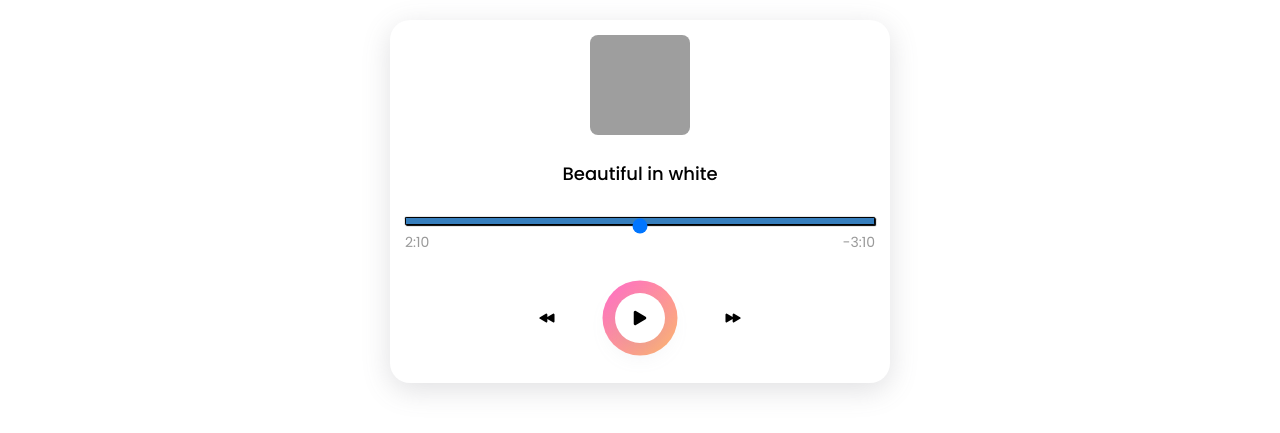
Repository: quyenpv10/mp3__music
Page: index.html
These files come from the project's save history. The page is drawn as it stood at one moment and after the next save; the edit follows.
The browser window is 1280 px wide. The pictures show the whole page.
The first visible `input[type=range]` has the focus.
Pictures or frames that could not be fetched are drawn as grey boxes.

Above is the page before, as saved 2021-12-10 20:22:29.

### index.html
<!DOCTYPE html>
<html lang="en">

<head>
    <meta charset="UTF-8">
    <meta http-equiv="X-UA-Compatible" content="IE=edge">
    <meta name="viewport" content="width=device-width, initial-scale=1.0">
    <title>Mp3 Player</title>
    <link rel="preconnect" href="https://fonts.googleapis.com">
    <link rel="preconnect" href="https://fonts.gstatic.com" crossorigin>
    <link href="https://fonts.googleapis.com/css2?family=Mulish:wght@300;400;500;700&family=Poppins:wght@300;400;500;600;700&display=swap" rel="stylesheet">
    <link rel="stylesheet" href="./app.css">
    <script type="module" src="https://unpkg.com/ionicons@5.5.2/dist/ionicons/ionicons.esm.js"></script>
    <script nomodule src="https://unpkg.com/ionicons@5.5.2/dist/ionicons/ionicons.js"></script>
</head>

<body>
    <div class="music">
        <div class="music-thumb">
            <img src="./images/8L0A0168.jpg" alt="">
        </div>
        <h3 class="music-name">Beautiful in white</h3>
        <input type="range" name="range" id="range" class="range">
        <div class="timer">
            <div class="duration">2:10</div>
            <div class="remaining">-3:10</div>
        </div>
        <div class="controls">
            <ion-icon name="play-back" class="play-back"></ion-icon>
            <div class="play">
                <div class="play-inner">
                    <ion-icon name="play"></ion-icon>
                </div>
            </div>
            <ion-icon name="play-forward" class="play-forward"></ion-icon>

        </div>
    </div>

</body>

</html>

### app.css
html {
    box-sizing: border-box;
}

* {
    margin: 0;
    padding: 0;
}

*,
*:before,
*:after {
    box-sizing: border-box;
}

input,
textarea,
select,
button {
    outline: none;
}

input {
    line-height: normal;
}

label,
button {
    cursor: pointer;
}

a {
    text-decoration: none;
}

img {
    display: block;
    max-width: 100%;
}

body {
    font-family: 'Poppins', sans-serif;
    padding: 20px;
}

.music {
    max-width: 500px;
    margin: 0 auto;
    border-radius: 20px;
    background-color: white;
    box-shadow: rgba(100, 100, 111, 0.2) 0px 7px 29px 0px;
    padding: 15px 15px 40px;
}

.music-thumb {
    width: 100px;
    height: 100px;
    margin: 0 auto 25px;
}

.music-thumb img {
    width: 100%;
    height: 100%;
    object-fit: cover;
    border-radius: 8px;
}

.music-name {
    font-size: 18px;
    font-weight: 500;
    text-align: center;
    margin-bottom: 20px;
}

.timer {
    display: flex;
    justify-content: space-between;
    align-items: center;
    font-size: 14px;
    color: #999;
    margin-bottom: 40px;
}

.controls {
    display: flex;
    justify-content: center;
    align-items: center;
    gap: 0 60px;
}

.play {
    position: relative;
}

.play::before {
    content: "";
    position: absolute;
    inset: 0;
    background-image: linear-gradient(to right bottom, #ff6bcb, #ffb86c);
    transform: scale(1.5);
    border-radius: 100rem;
}

.play-inner {
    width: 50px;
    height: 50px;
    border-radius: 100rem;
    background-color: white;
    display: flex;
    justify-content: center;
    align-items: center;
    cursor: pointer;
    box-shadow: rgba(149, 157, 165, 0.2) 0px 8px 24px;
    font-size: 20px;
    position: relative;
}

.play-back,
.play-forward {
    cursor: pointer;
}

.range {
    -webkit-appearance: none;
    /* Hides the slider so that custom slider can be made */
    width: 100%;
    /* Specific width is required for Firefox. */
    background: transparent;
    /* Otherwise white in Chrome */
}

.range::-webkit-slider-runnable-track {
    width: 100%;
    height: 8.4px;
    cursor: pointer;
    box-shadow: 1px 1px 1px #000000, 0px 0px 1px #0d0d0d;
    background: #3071a9;
    border-radius: 1.3px;
    border: 0.2px solid #010101;
}

input[type=range]:focus::-webkit-slider-runnable-track {
    background: #367ebd;
}

After the next save:
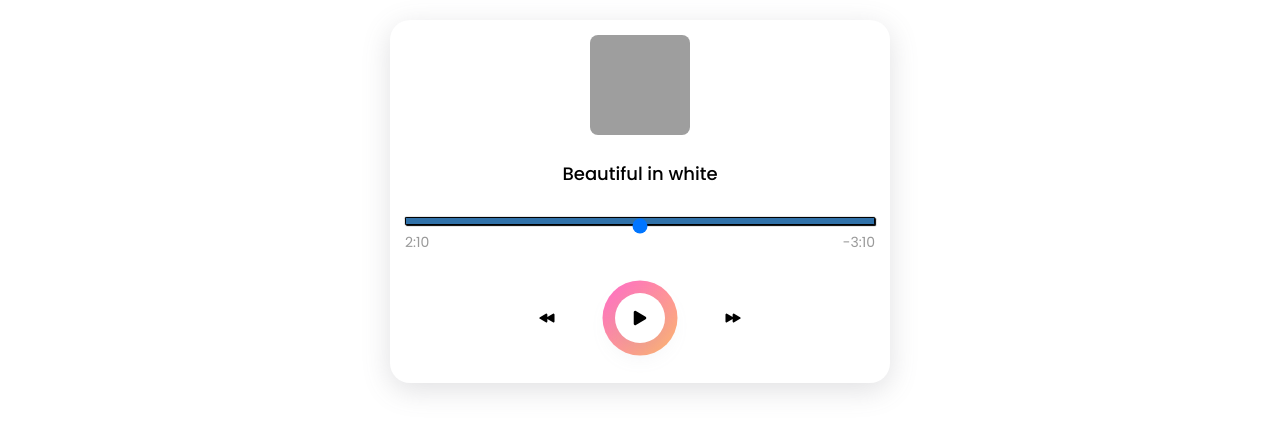
Saved 32 s later.
--- a/app.css
+++ b/app.css
@@ -138,7 +138,3 @@ body {
     border-radius: 1.3px;
     border: 0.2px solid #010101;
 }
-
-input[type=range]:focus::-webkit-slider-runnable-track {
-    background: #367ebd;
-}
